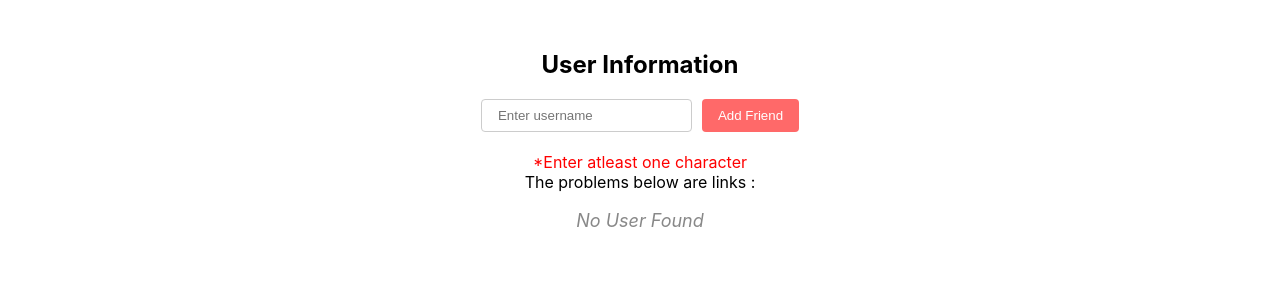
Repository: Sanketh149/leetcode-discord
Page: /
The author's editor kept a copy of each file at every save. The page is drawn from the files as they stood at one save, then again after the next save.
The browser window is 1280 px wide. The pictures show the whole page.
The project was rebuilt for these pictures with package versions that can differ from the ones it lists, and the page was loaded fresh each time. Also part of the build but not shown: src/Modal.module.css, src/Modal.js, src/Cart.module.css, src/Cart.js.

Above is the page before, as saved 2023-06-21 17:03:41.

After the next save:
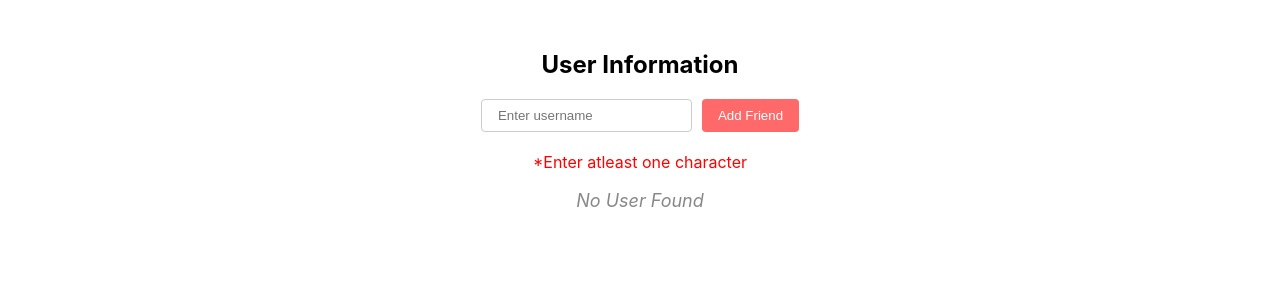
Saved 40 s later.
--- a/src/App.js
+++ b/src/App.js
@@ -105,7 +105,7 @@
           <button className="displayNameButton">{item}</button>
         </a>
       ))}
-      <div> The problems below are links :</div>
+      {user.length > 0 && <div> The problems below are links :</div>}
       {user.length > 0 ? (
         <ul className="app__list">
           {user.map((item) => (
